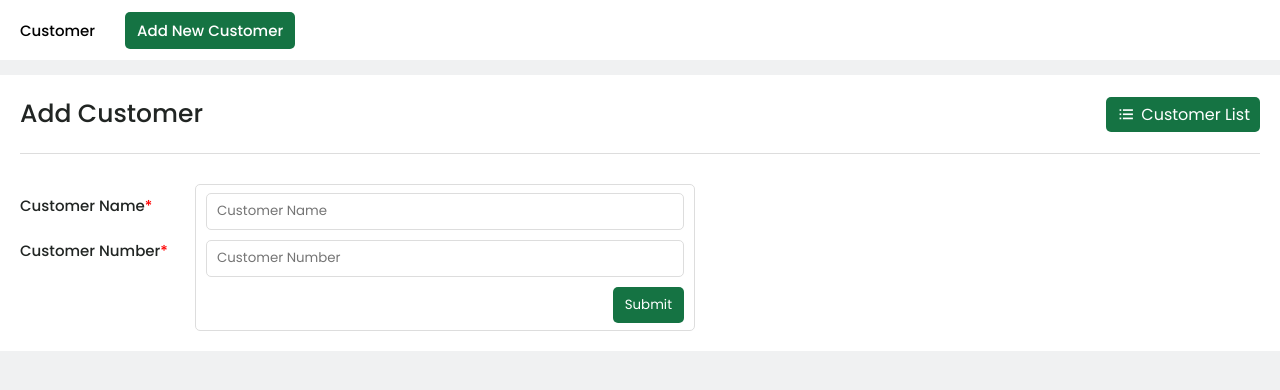
Repository: codebyaddro/customer-page
Page: pages/html/ancus.html
These files come from the project's save history. The page is drawn as it stood at one moment and after a run of saves; the edit follows.
The browser window is 1280 px wide. The pictures show the whole page.

Above is the page before, as saved 2025-02-20 15:26:03.

After the next 5 saves:
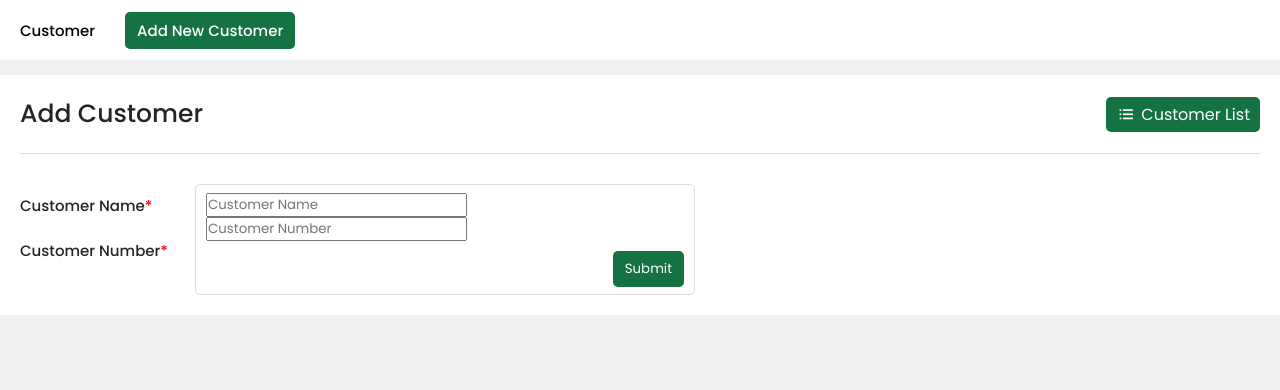
The 5 saves are shown as one change because they came seconds apart.
The last was saved 16 s later.
--- a/pages/css/ancus.css
+++ b/pages/css/ancus.css
@@ -176,7 +176,7 @@
     outline: none;
 }
 
-.cba-ancus-input
+.cba-ancus-input > input
 
 input[type="text"] {
     width: 100%;

After the 2 saves that followed:
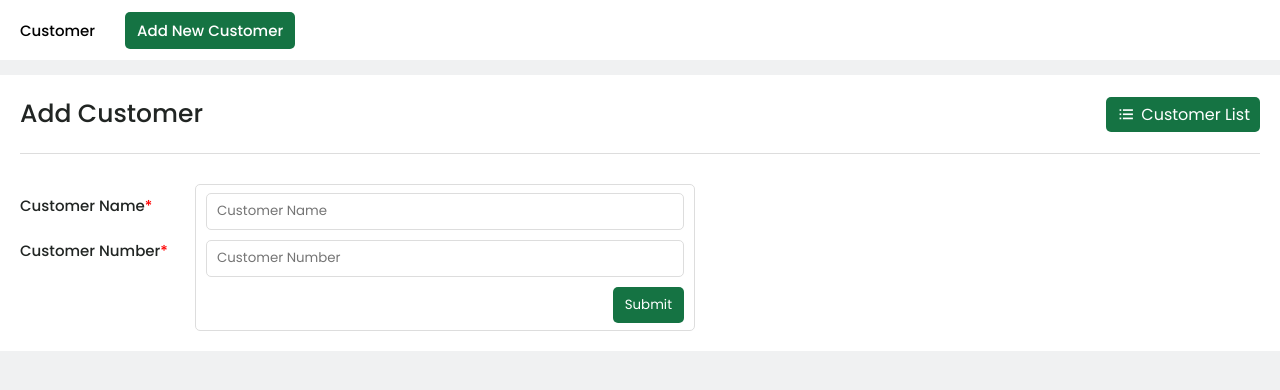
The 2 saves are shown as one change because they came seconds apart.
The last was saved 41 s later.
--- a/pages/css/ancus.css
+++ b/pages/css/ancus.css
@@ -176,7 +176,9 @@
     outline: none;
 }
 
-.cba-ancus-input > input
+.cba-ancus-input > input {
+
+}
 
 input[type="text"] {
     width: 100%;
